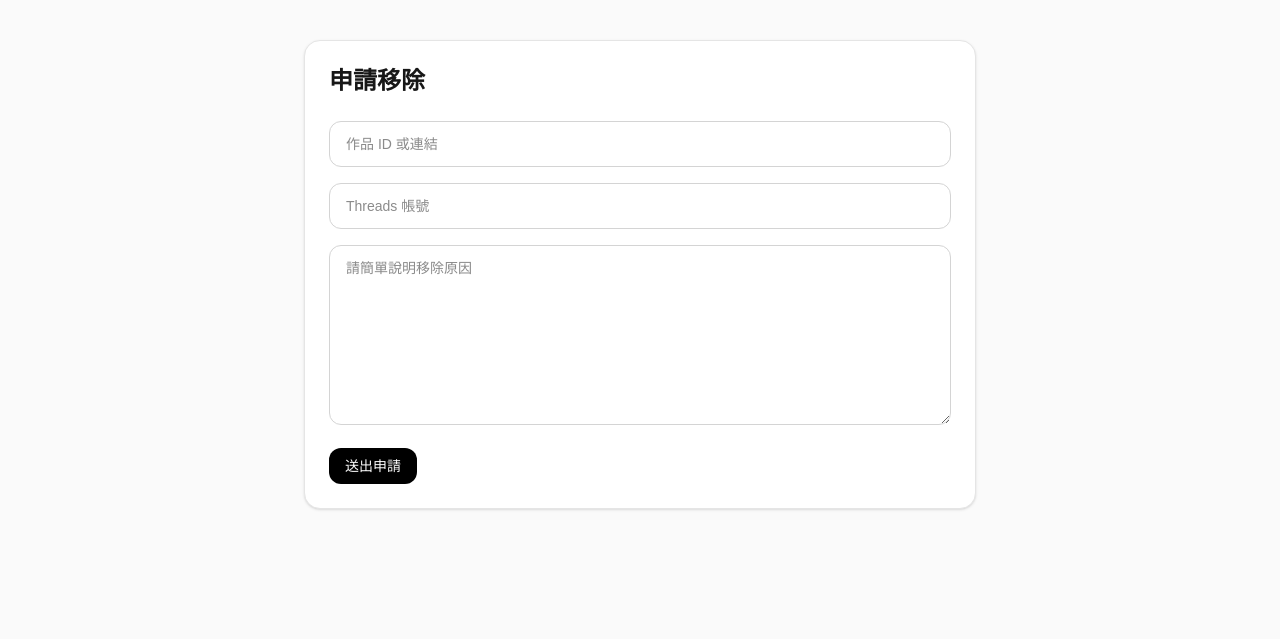
Repository: tzuhan2575/cheering-source-site
Page: /remove
The author's editor kept a copy of each file at every save. The page is drawn from the files as they stood at one save, then again after the next save.
The browser window is 1280 px wide. The pictures show the whole page.
The project was rebuilt for these pictures with package versions that can differ from the ones it lists, and the page was loaded fresh each time. The framework's server and built-in components were replaced by stand-ins that run in the browser. Also part of the build but not shown: next.config.ts.

Above is the page before, as saved 2026-03-13 22:25:39.

### app/remove/page.tsx
"use client";

import { FormEvent, useState } from "react";

export default function RemovePage() {
  const [form, setForm] = useState({
    itemRef: "",
    creator: "",
    reason: "",
  });
  const [message, setMessage] = useState("");
  const [isSubmitting, setIsSubmitting] = useState(false);

  const handleSubmit = async (e: FormEvent) => {
    e.preventDefault();
    setIsSubmitting(true);
    setMessage("");

    try {
      const res = await fetch("/api/remove", {
        method: "POST",
        headers: { "Content-Type": "application/json" },
        body: JSON.stringify(form),
      });

      if (!res.ok) throw new Error("remove failed");

      setMessage("已成功送出移除申請。");
      setForm({
        itemRef: "",
        creator: "",
        reason: "",
      });
    } catch (error) {
      console.error(error);
      setMessage("送出失敗，請稍後再試。");
    } finally {
      setIsSubmitting(false);
    }
  };

  return (
    <main className="min-h-screen bg-neutral-50 px-6 py-10">
      <div className="mx-auto max-w-2xl rounded-2xl border border-neutral-200 bg-white p-6 shadow-sm">
        <h1 className="text-2xl font-bold text-neutral-900">申請移除</h1>

        <form onSubmit={handleSubmit} className="mt-6 space-y-4">
          <input
            type="text"
            value={form.itemRef}
            onChange={(e) => setForm({ ...form, itemRef: e.target.value })}
            placeholder="作品 ID 或連結"
            className="w-full rounded-xl border border-neutral-300 px-4 py-3 text-sm outline-none"
          />
          <input
            type="text"
            value={form.creator}
            onChange={(e) => setForm({ ...form, creator: e.target.value })}
            placeholder="Threads 帳號"
            className="w-full rounded-xl border border-neutral-300 px-4 py-3 text-sm outline-none"
          />
          <textarea
            value={form.reason}
            onChange={(e) => setForm({ ...form, reason: e.target.value })}
            placeholder="請簡單說明移除原因"
            className="min-h-[180px] w-full rounded-xl border border-neutral-300 px-4 py-3 text-sm outline-none"
          />
          <button
            type="submit"
            disabled={isSubmitting}
            className={`rounded-xl px-4 py-2 text-sm text-white ${
              isSubmitting ? "bg-neutral-400" : "bg-black"
            }`}
          >
            {isSubmitting ? "送出中…" : "送出申請"}
          </button>
        </form>

        {message && <p className="mt-4 text-sm text-neutral-700">{message}</p>}
      </div>
    </main>
  );
}

Loaded but not shown: app/layout.tsx (common file); app/globals.css (common file)

After the next save:
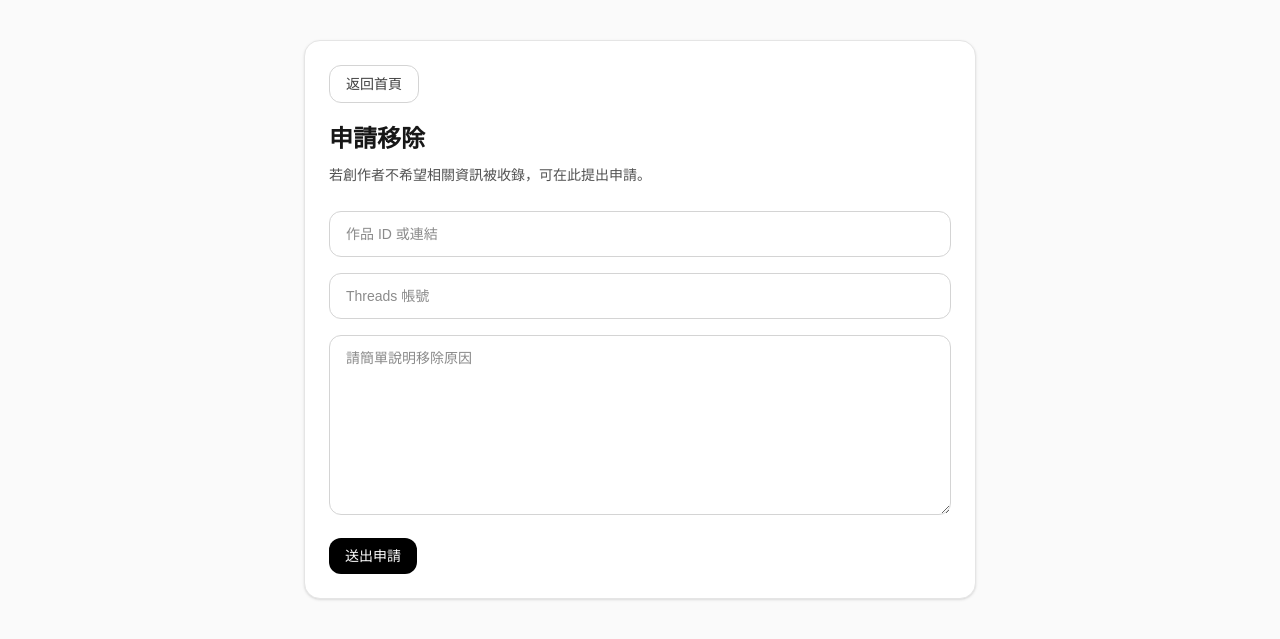
Saved 13 s later.
--- a/app/remove/page.tsx
+++ b/app/remove/page.tsx
@@ -1,5 +1,6 @@
 "use client";
 
+import Link from "next/link";
 import { FormEvent, useState } from "react";
 
 export default function RemovePage() {
@@ -42,7 +43,19 @@ export default function RemovePage() {
   return (
     <main className="min-h-screen bg-neutral-50 px-6 py-10">
       <div className="mx-auto max-w-2xl rounded-2xl border border-neutral-200 bg-white p-6 shadow-sm">
+        <div className="mb-5">
+          <Link
+            href="/"
+            className="inline-flex rounded-xl border border-neutral-300 bg-white px-4 py-2 text-sm text-neutral-700 transition hover:border-neutral-400"
+          >
+            返回首頁
+          </Link>
+        </div>
+
         <h1 className="text-2xl font-bold text-neutral-900">申請移除</h1>
+        <p className="mt-2 text-sm leading-6 text-neutral-600">
+          若創作者不希望相關資訊被收錄，可在此提出申請。
+        </p>
 
         <form onSubmit={handleSubmit} className="mt-6 space-y-4">
           <input
